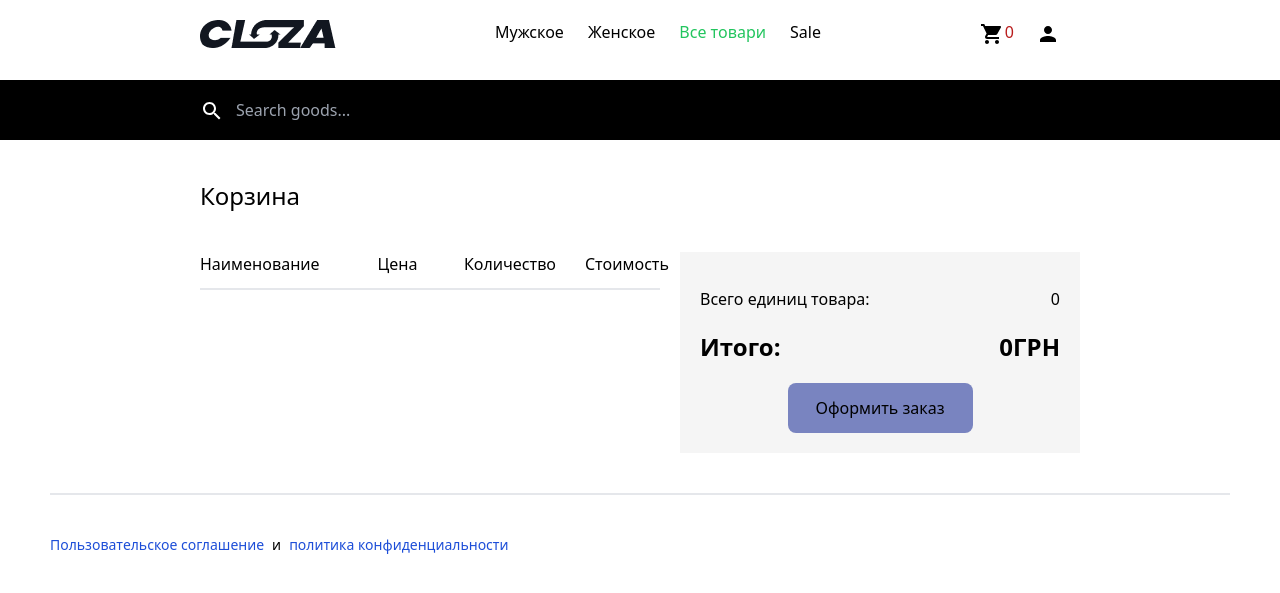
Repository: Ivan-Dovgoniuk/clothes-shop-front-end
Page: /cart
An editor plug-in stored every save of this project. The page is shown before and after the next save, followed by the edit.
The browser window is 1280 px wide. The pictures show the whole page.
The page's requests for data from a server got no answer. The project was rebuilt for these pictures with package versions that can differ from the ones it lists, and the page was loaded fresh each time. No one was signed in, and anything a server would have sent is missing. Also part of the build but not shown: src/hooks/checkProductStatus.hook.ts, src/hooks/productStatusEditor.hook.ts, src/Components/ProductItem/ProductItem.tsx, src/Pages/ProductPage/components/Products/Products.tsx, src/Pages/CategoriesPage/components/SideBarFilters/CategoryFilter.tsx, src/Pages/CategoriesPage/components/SideBar/SideBarMobile.tsx, src/Pages/CategoriesPage/components/SideBar/SideBar.tsx, src/Pages/CategoriesPage/Categories.tsx and 16 more. Imported but missing from the stored project, and not drawn on this page: src/Pages/CategoriesPage/components/SideBarFilters/ColorFilter, src/Pages/CategoriesPage/components/SideBarFilters/PriceFilter, src/Pages/CategoriesPage/components/SideBarFilters/SizeFilter.

Above is the page before, as saved 2023-01-18 18:30:21.

After the next save:
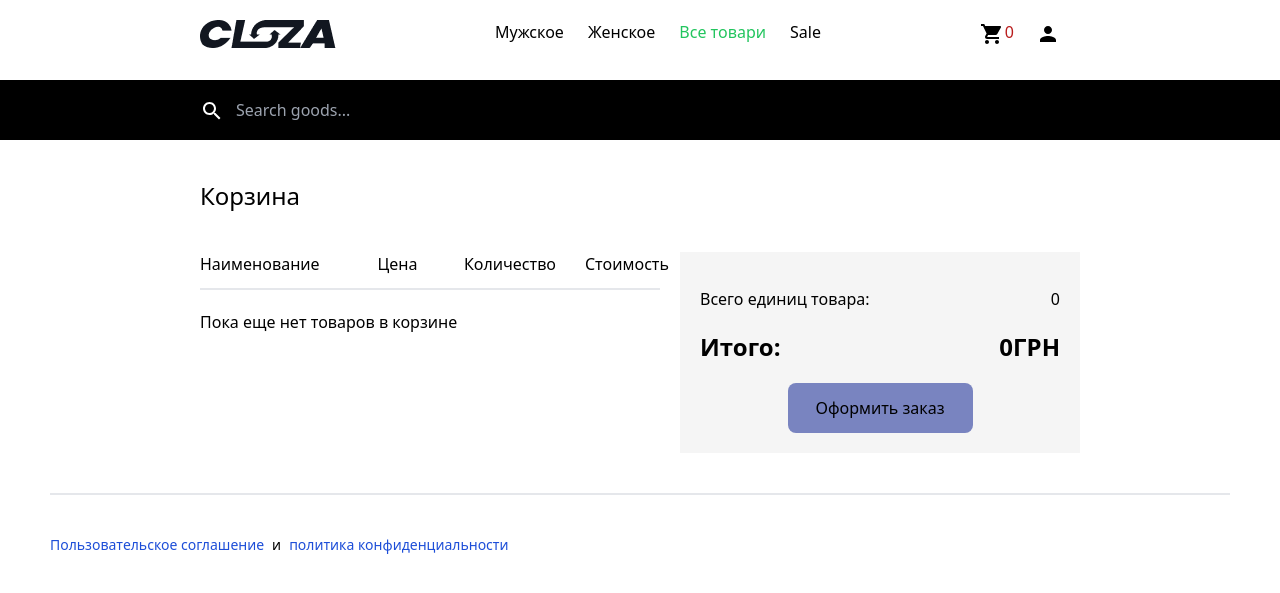
Saved 2 min 39 s later.
--- a/src/Pages/CartPage/Cart.tsx
+++ b/src/Pages/CartPage/Cart.tsx
@@ -33,7 +33,7 @@ export default function Cart() {
                     </div>
                     <div>
                         {
-                            cart.map((id)=>{
+                          cart.length ? cart.map((id)=>{
                                 if(id){
                                     return <CartItem key={id}
                                                      setNumberOfProducts={setNumberOfProducts}
@@ -43,6 +43,8 @@ export default function Cart() {
                                                      />
                                 }
                             })
+                            :
+                            <p>Пока еще нет товаров в корзине</p>
                         }
                     </div>
                 </div>
